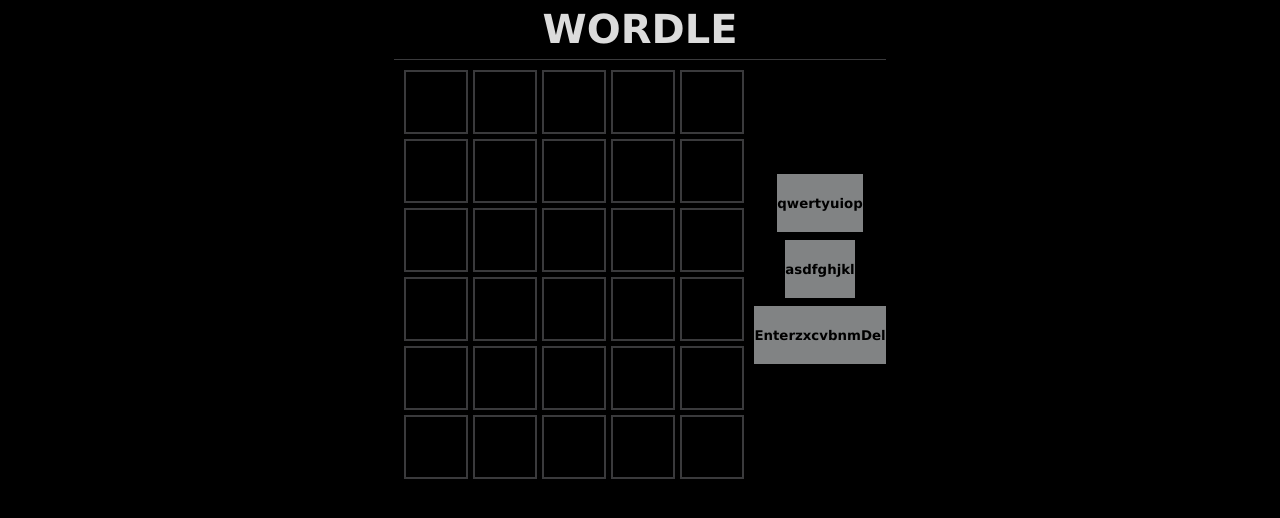
Repository: devkthines/wordle-clone
Page: index.html
An editor plug-in stored every save of this project. The page is shown before and after a run of saves, followed by the edit.
The browser window is 1280 px wide. The pictures show the whole page.

Above is the page before, as saved 2023-11-08 21:15:49.

After the next 2 saves:
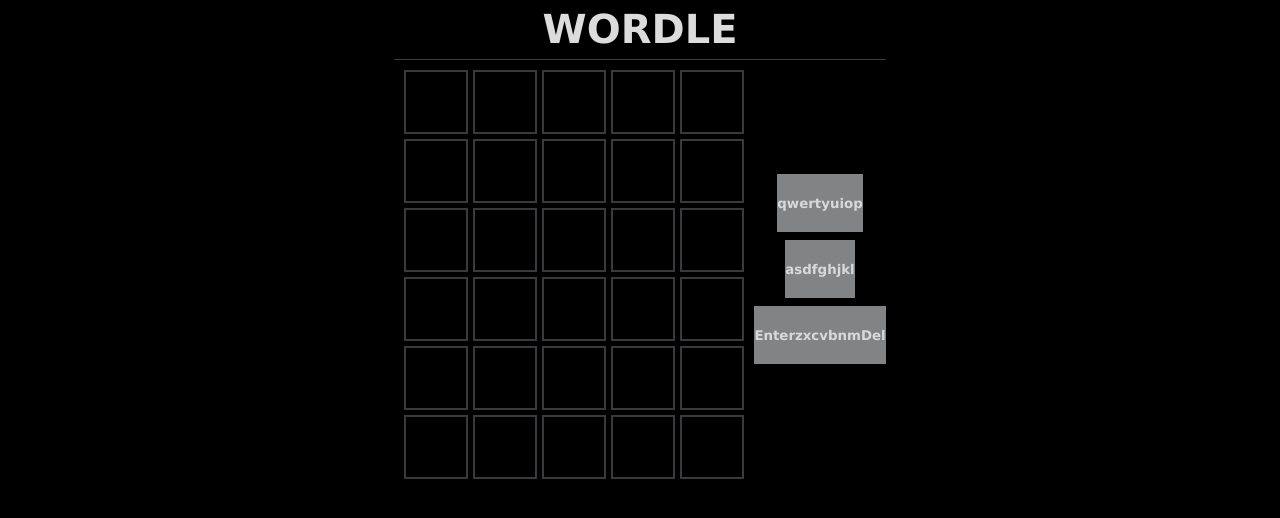
The 2 saves are shown as one change because they came seconds apart.
The last was saved 18 s later.
--- a/css/style.css
+++ b/css/style.css
@@ -73,5 +73,5 @@
     height: 58px;
     cursor: pointer;
     background-color: rgb(129, 131, 132);
-    color: rgb(215,  blue);
+    color: rgb(215,218,220);
 }
